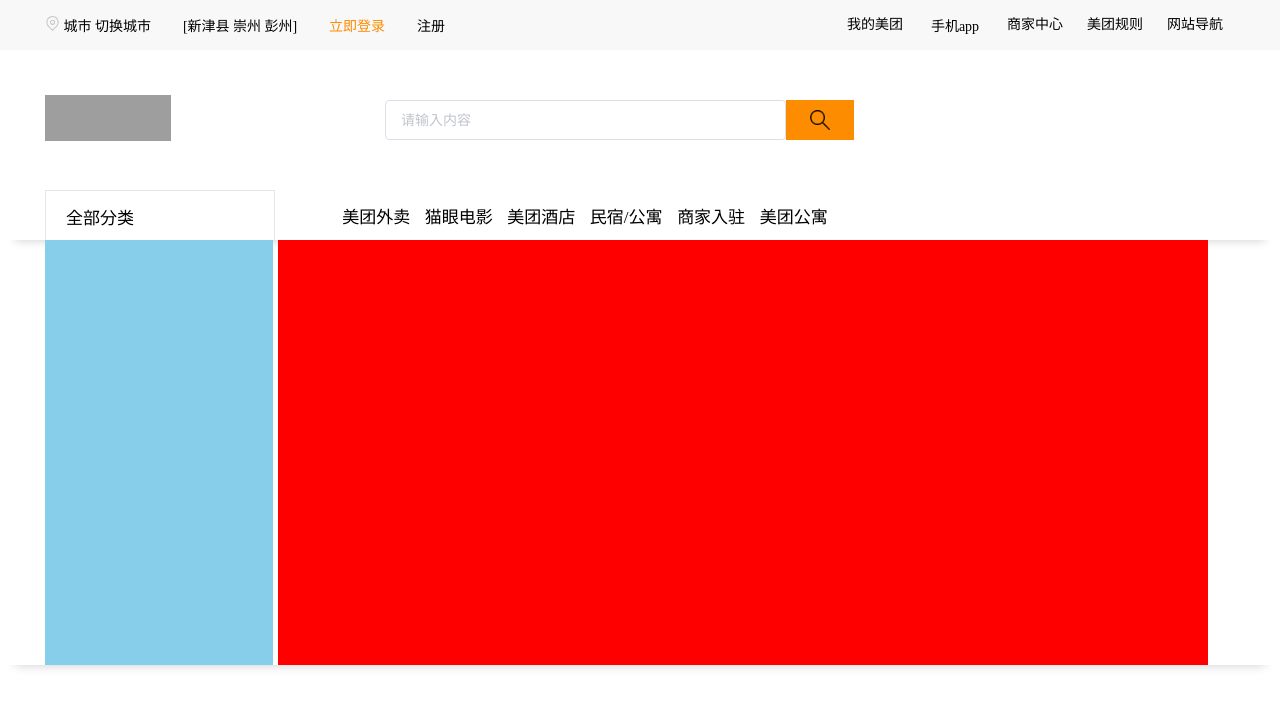
Repository: jinggegeZ/-
Page: /
These files come from the project's save history. The page is drawn as it stood at one moment and after the next save; the edit follows.
The browser window is 1280 px wide. The pictures show the whole page.
Pictures or frames that could not be fetched are drawn as grey boxes. The page's requests for data from a server got no answer. The project was rebuilt for these pictures with package versions that can differ from the ones it lists, and the page was loaded fresh each time. No one was signed in, and anything a server would have sent is missing. Also part of the build but not shown: vue.config.js.

Above is the page before, as saved 2020-08-20 15:19:55.

After the next save:
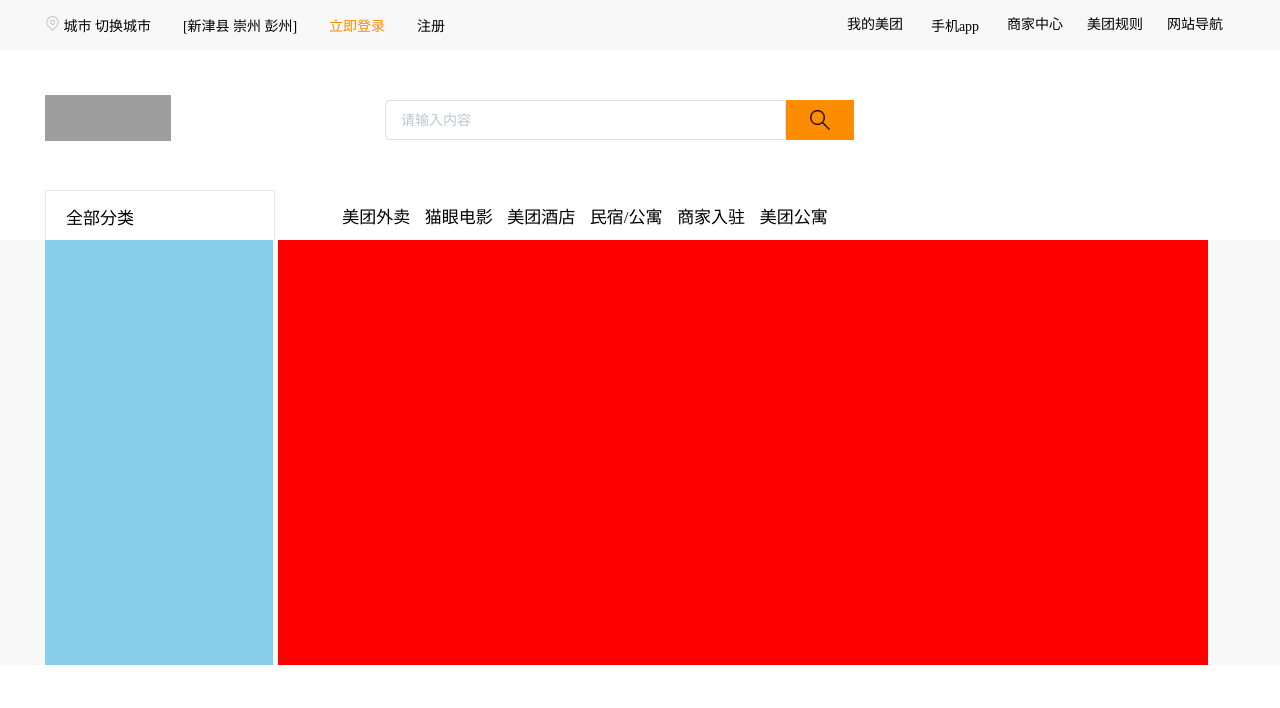
Saved 30 s later.
--- a/src/components/navbox/navbox.vue
+++ b/src/components/navbox/navbox.vue
@@ -1,5 +1,5 @@
 <template>
- <div class="topbox1">
+ <div class="topbox">
     <div class="top">
         <div class="navbox">
             <div class="navleftbox"></div>
